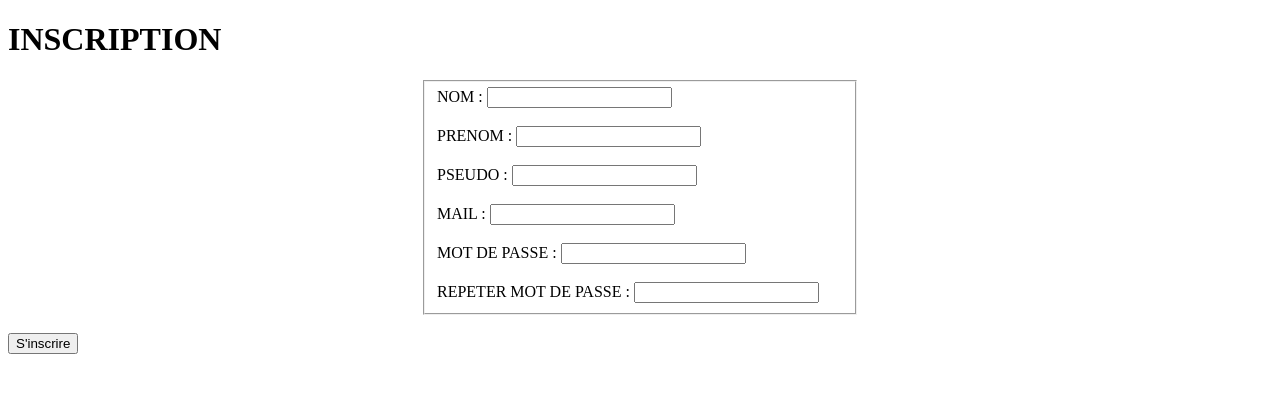
Repository: Aoua1414/JavaDeAoua
Page: http://localhost/MonServletJsp/Inscrire.jsp
The author's editor kept a copy of each file at every save. The page is drawn from the files as they stood at one save, then again after the next save.
The browser window is 1280 px wide. The pictures show the whole page.
The page is served by Tomcat 9. Nobody is signed in. The application's start-up code is not run.

Above is the page before, as saved 2022-07-25 14:57:34.

After the next save:
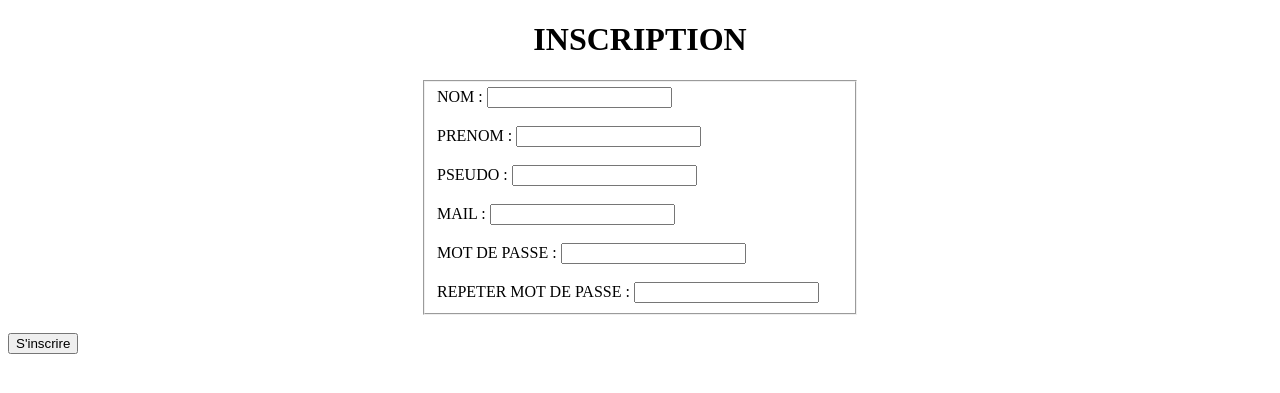
Saved 33 s later.
--- a/ODC/MonServletJsp/src/main/webapp/aoua.css
+++ b/ODC/MonServletJsp/src/main/webapp/aoua.css
@@ -1,5 +1,5 @@
 
-h2{
+h1{
 	color:black;
 	text-align : center;
 }
